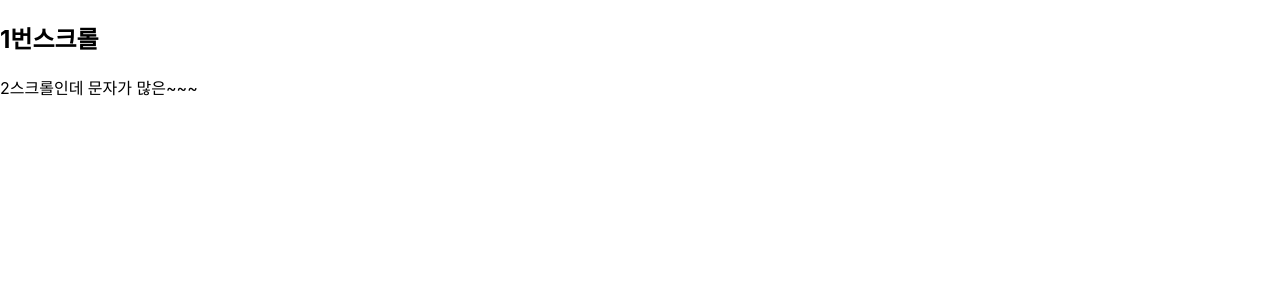
Repository: jiyeonyun/etc
Page: / (app in job/)
These files come from the project's save history. The page is drawn as it stood at one moment and after the next save; the edit follows.
The browser window is 1280 px wide. The pictures show the whole page.
The project was rebuilt for these pictures with package versions that can differ from the ones it lists, and the page was loaded fresh each time. Also part of the build but not shown: job/src/components/info/info.module.css.

Above is the page before, as saved 2022-05-19 08:58:45.

After the next save:
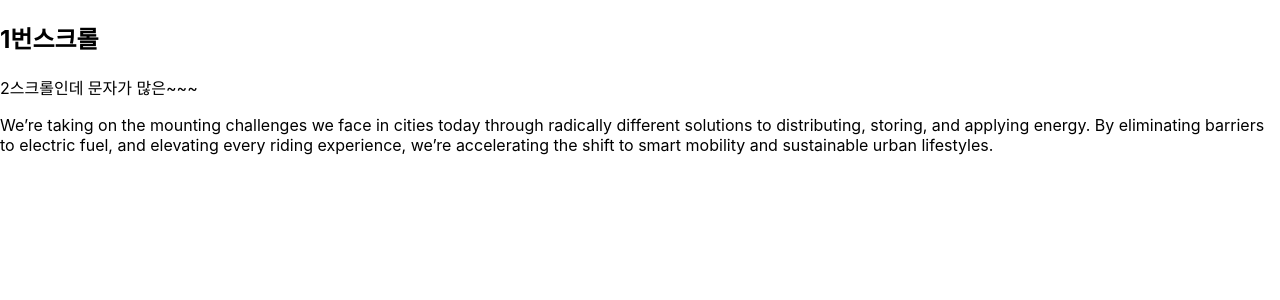
Saved 85 s later.
--- a/job/src/components/info/info.jsx
+++ b/job/src/components/info/info.jsx
@@ -14,6 +14,14 @@ const Info = (props) => {
             </div>
           </div>
         </div>
+        <div className={styles.scroll2}>
+          <p>
+            We’re taking on the mounting challenges we face in cities today through radically
+            different solutions to distributing, storing, and applying energy. By eliminating
+            barriers to electric fuel, and elevating every riding experience, we’re accelerating the
+            shift to smart mobility and sustainable urban lifestyles.
+          </p>
+        </div>
       </section>
     </main>
   );
